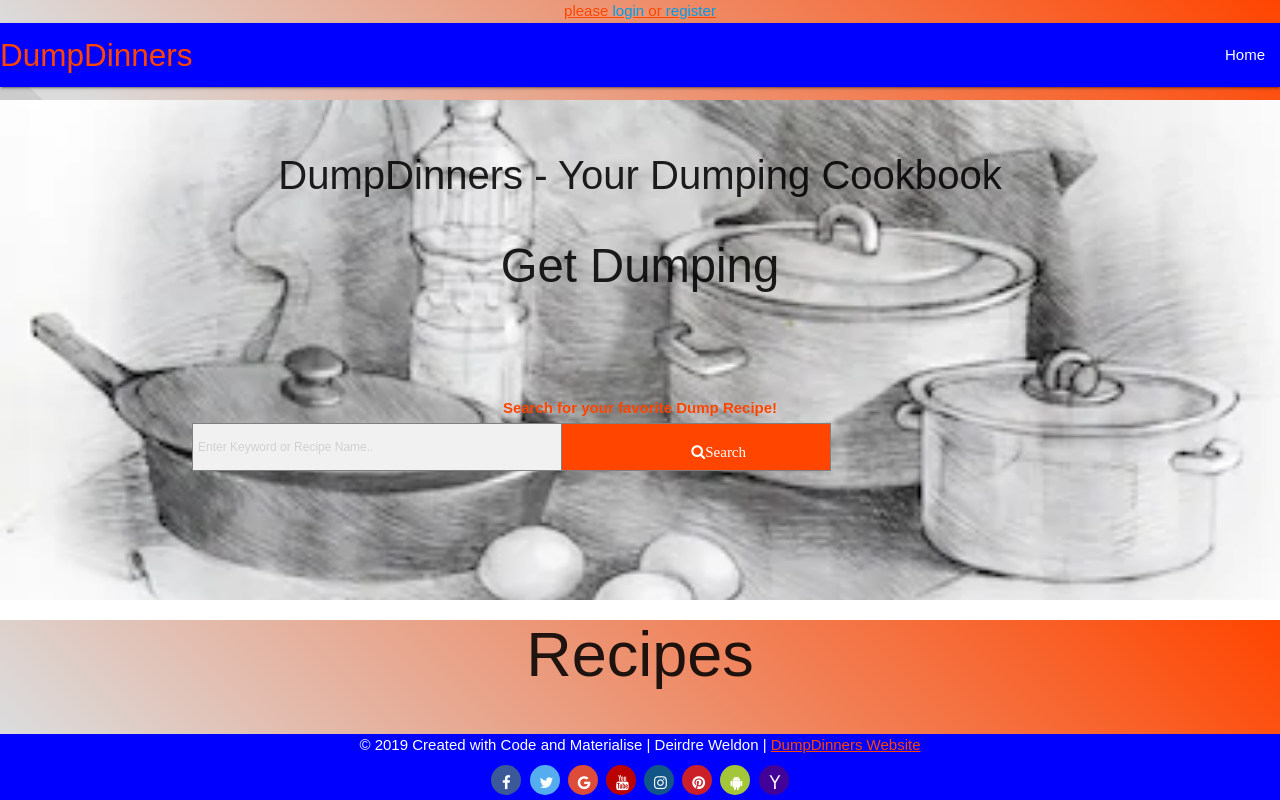
Repository: Deirdre18/dumpdinners-recipe-app
Page: http://localhost/
The author's editor kept a record of every edit. The page is drawn from the files as they stood at one moment, then again after the next edit.
The browser window is 1280 px wide. The pictures show the whole page.
Some web libraries are served in a nearby version. The page is served by the project's application, run on Flask 3 (app.py). Queries for data that is not in the repository find no rows.

Above is the page before.

After the next edit:
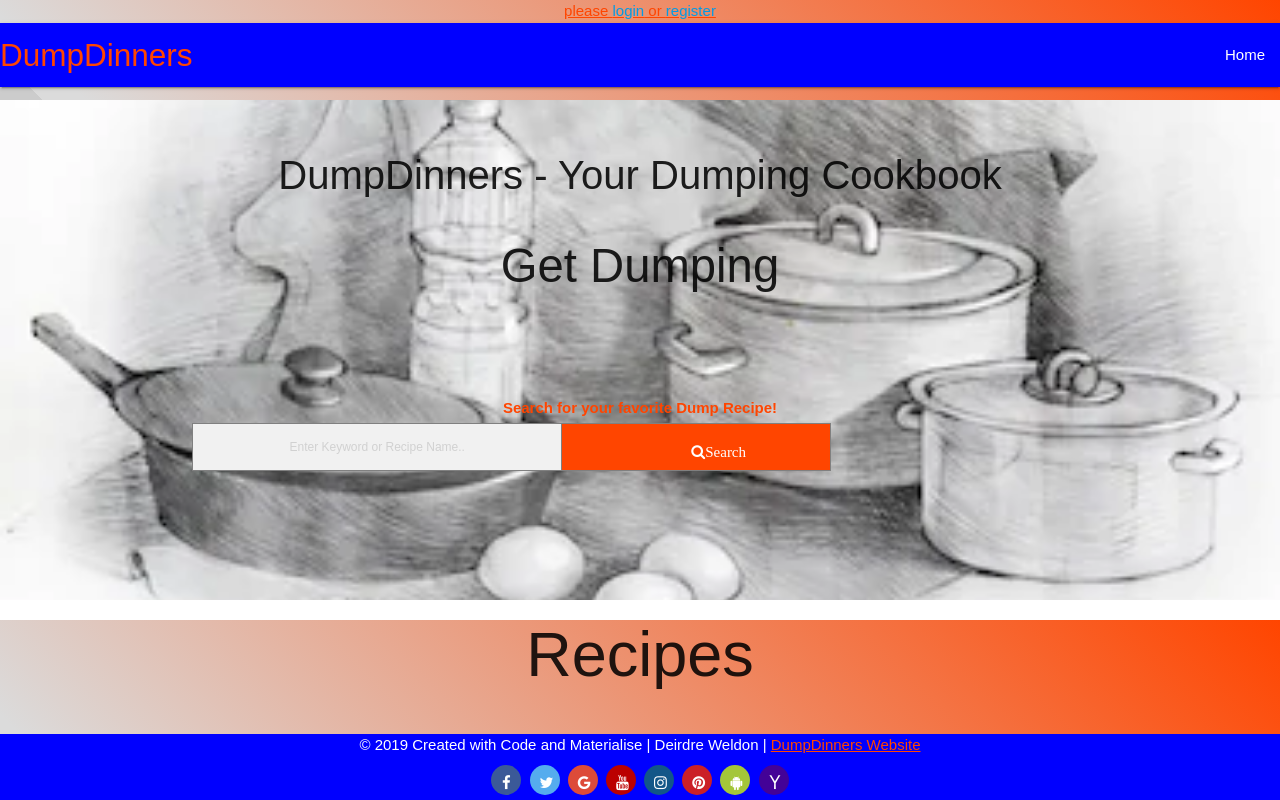
The edit:
--- a/templates/base.html
+++ b/templates/base.html
@@ -156,7 +156,7 @@
 
                     <h6 class="lead-search" style="color:orangered; text-align:center"><strong>Search for your favorite Dump Recipe!</strong></h6>
                     <form class="example" action="{{ url_for('search') }}">
-                        <input type="text" placeholder="Enter Keyword or Recipe Name.." required name="query" style="margin-top:0; width:40%; height:3em !important; color: black">
+                        <input type="text" placeholder="Enter Keyword or Recipe Name.." required name="query" style="margin-top:0; width:40%; height:3em !important; text-align:center; color:black">
                         <div id="search">
                             <button type="submit" style="margin-top:0; width:30%; height:4em !important; background-color:orangered;text-align:center"><i class="fa fa-search" style="font-size:15px">Search</i></button>
                         </div>
